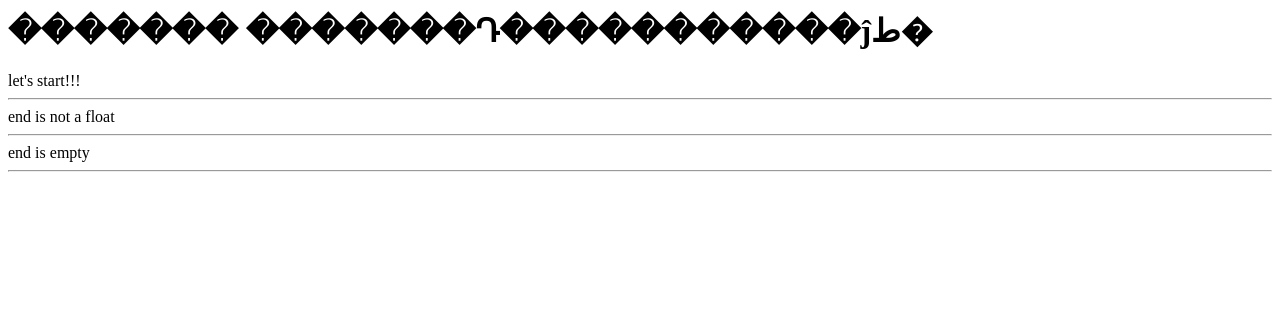
Repository: hanliyao/HelloWorld
Page: http://localhost/core/Common/testUnit.php
These files come from the project's save history. The page is drawn as it stood at one moment and after the next save; the edit follows.
The browser window is 1280 px wide. The pictures show the whole page.
The page is run by PHP 8.4 with error messages shown; the project is at /var/www/html/.

Above is the page before, as saved 2016-02-05 01:20:26.

After the next save:
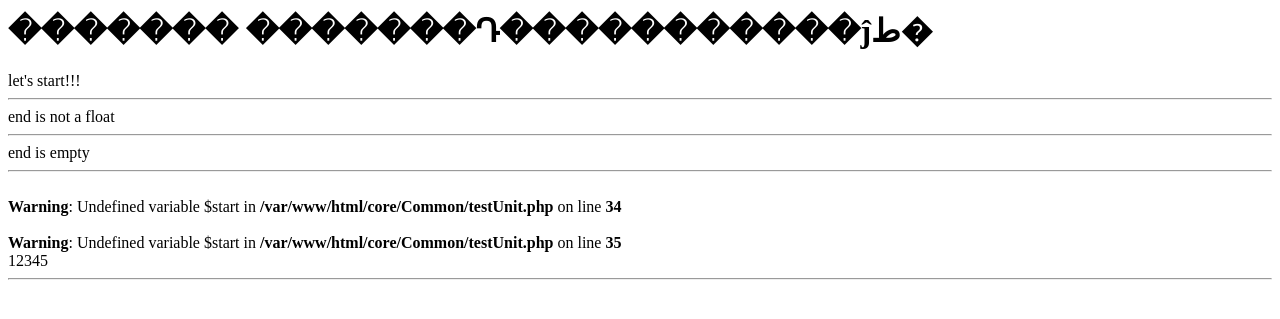
Saved 4 min 39 s later.
--- a/HelloWorld/core/Common/testUnit.php
+++ b/HelloWorld/core/Common/testUnit.php
@@ -27,6 +27,13 @@
                echo "end is not empty<br>";
            }
            echo "<hr>";
+
+           //뚤鑒莉돨쏵契꿎桿
+           $_info = array();
+           $_start = 'hello';
+           $_info[$start] = 12345;
+           echo "$_info[$start]<br>";
+           echo "<hr>";
         ?>
     </body>
 </html>

After the save that followed:
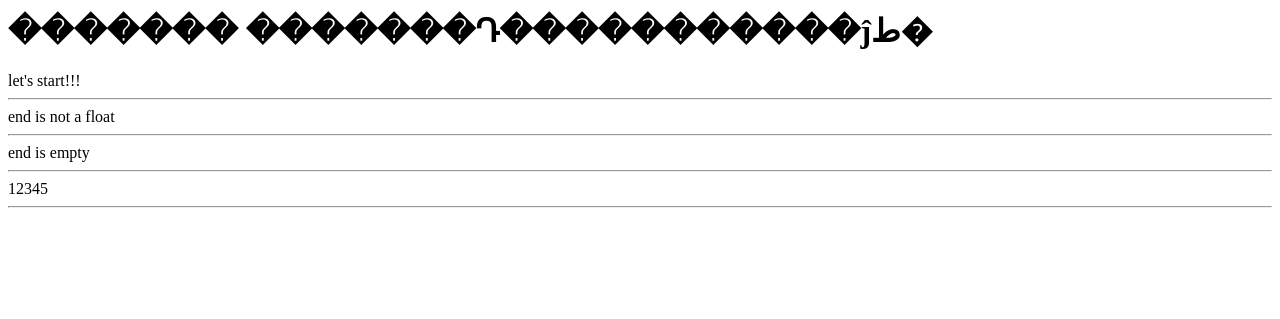
Saved 28 s later.
--- a/HelloWorld/core/Common/testUnit.php
+++ b/HelloWorld/core/Common/testUnit.php
@@ -31,8 +31,8 @@
            //뚤鑒莉돨쏵契꿎桿
            $_info = array();
            $_start = 'hello';
-           $_info[$start] = 12345;
-           echo "$_info[$start]<br>";
+           $_info[$_start] = 12345;
+           echo "$_info[$_start]<br>";
            echo "<hr>";
         ?>
     </body>
